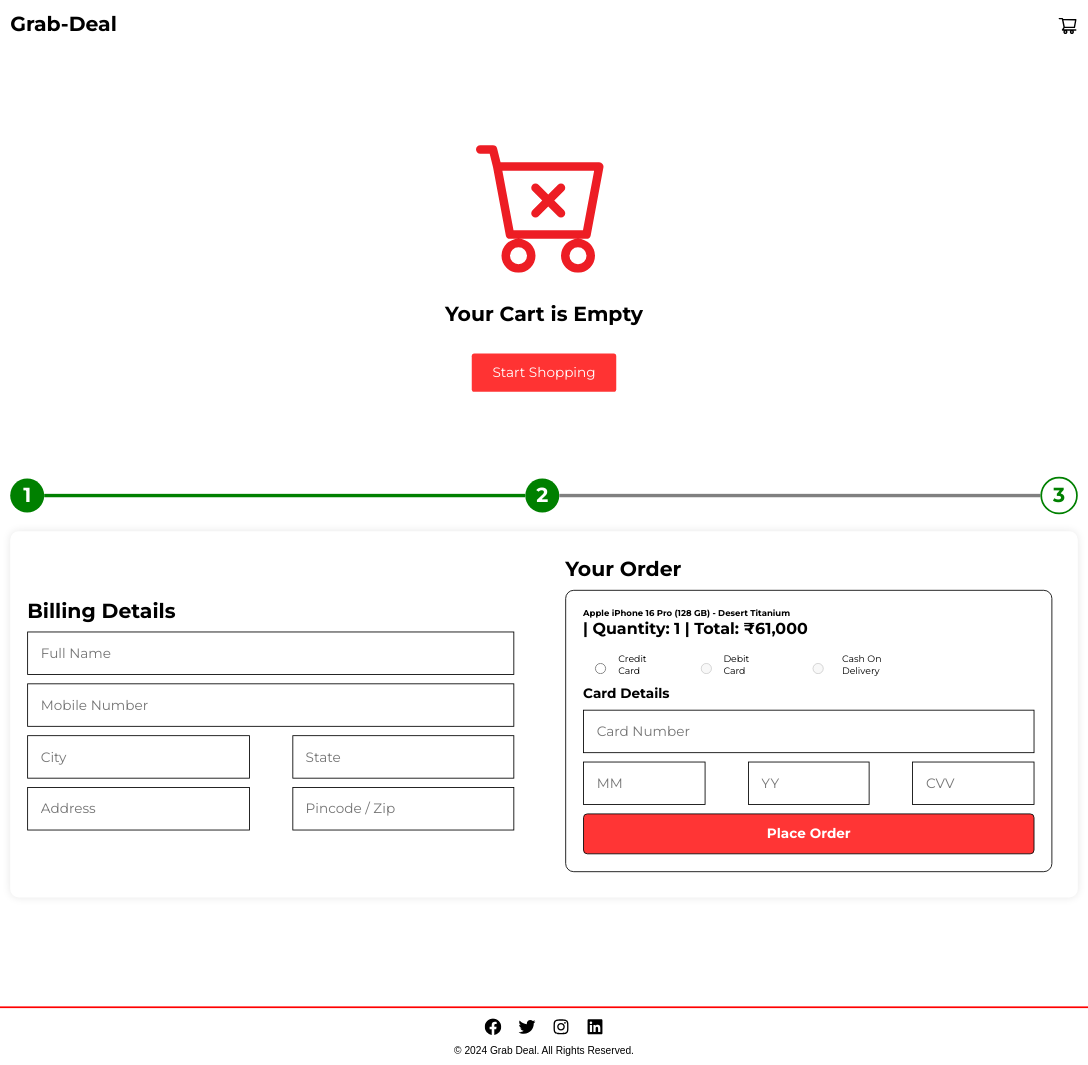
Repository: hlwsatyam/Iphone16Pro
Page: /cart
These files come from the project's save history. The page is drawn as it stood at one moment and after the next save; the edit follows.
The browser window is 1280 px wide. The pictures show the whole page, at 85% of full size.
The project was rebuilt for these pictures with package versions that can differ from the ones it lists, and the page was loaded fresh each time. Also part of the build but not shown: src/components/filters/FilterBarOptions.js, src/components/filters/FilterBar.js, src/hooks/useActive.js, src/components/product/ProductCard.js, src/components/common/SectionsHead.js, src/components/common/Services.js, src/pages/AllProducts.js, src/components/common/QuantityBox.js and 15 more.

Above is the page before, as saved 2024-09-28 16:20:55.

### public/index.html
<!DOCTYPE html>
<html lang="en">

<head>
  <meta charset="utf-8" />
  <link rel="icon" href="https://www.reliancedigital.in/medias/Apple-iPhone16ProMax-494423059-i-1-1200Wx1200H-300Wx300H?context=bWFzdGVyfGltYWdlc3wyOTM2MXxpbWFnZS9qcGVnfGltYWdlcy9oM2EvaGEzLzEwMTk1OTA4OTg0ODYyLmpwZ3w2MjMyOGJjMTFhMDRjZjFiNWRkOGU4NjNjZWJiMDUwNWNkNmE0YzdhMjE3MjVjNDRjNWFlMjA0ZDU2MDFjODhk" />
  <meta name="viewport" content="width=device-width, initial-scale=1" />
  <meta name="theme-color" content="#000000" />
  <meta name="description" content="Web site created using create-react-app" />
  <link rel="apple-touch-icon" href="%PUBLIC_URL%/logo192.png" />
  <!--
      manifest.json provides metadata used when your web app is installed on a
      user's mobile device or desktop. See https://developers.google.com/web/fundamentals/web-app-manifest/
    -->
  <link rel="manifest" href="%PUBLIC_URL%/manifest.json" />
  <!--
      Notice the use of %PUBLIC_URL% in the tags above.
      It will be replaced with the URL of the `public` folder during the build.
      Only files inside the `public` folder can be referenced from the HTML.

      Unlike "/favicon.ico" or "favicon.ico", "%PUBLIC_URL%/favicon.ico" will
      work correctly both with client-side routing and a non-root public URL.
      Learn how to configure a non-root public URL by running `npm run build`.
    -->

  <link rel="preconnect" href="https://fonts.googleapis.com" />
  <link rel="preconnect" href="https://fonts.gstatic.com" crossorigin />
  <link href="https://fonts.googleapis.com/css2?family=Montserrat:wght@400;500;600;700&display=swap" rel="stylesheet" />

  <title>Best Discount On I Phone 16 Pro </title>
</head>

<body>
  <noscript>You need to enable JavaScript to run this app.</noscript>
  <div id="root"></div>
  <!--
      This HTML file is a template.
      If you open it directly in the browser, you will see an empty page.

      You can add webfonts, meta tags, or analytics to this file.
      The build step will place the bundled scripts into the <body> tag.

      To begin the development, run `npm start` or `yarn start`.
      To create a production bundle, use `npm run build` or `yarn build`.
    -->
</body>

</html>

### src/styles/style.scss
// Base
@import "./partials/base/variables";
@import "./partials/base/mixins";
@import "./partials/base/reset";
@import "./partials/base/common";


// Components
@import "./partials/components/preloader";
@import "./partials/components/header";
@import "./partials/components/footer";
@import "./partials/components/backtop";
@import "./partials/components/form";
@import "./partials/components/searchbar";
@import "./partials/components/filterbar";
@import "./partials/components/quantity_box";
@import "./partials/components/empty_view";


// Pages
@import "./partials/pages/hero";
@import "./partials/pages/featured";
@import "./partials/pages/products";
@import "./partials/pages/product_details";
@import "./partials/pages/product_summary";
@import "./partials/pages/cart";
@import "./partials/pages/related";
@import "./partials/pages/services";
@import "./partials/pages/error_page";



.testimonial-section {
    background: linear-gradient(135deg, #f06, #f93);
    padding: 50px 0;
    display: flex;
    justify-content: center;
  }

### src/styles/partials/base/_mixins.scss
@mixin dimension($width: auto, $height: auto) {
    width: $width;
    height: $height;
}

@mixin centered {
    display: grid;
    place-items: center;
}

@mixin mx-auto {
    margin-left: auto;
    margin-right: auto;
}

@mixin margin-x($marginLeft, $marginRight) {
    margin-left: $marginLeft;
    margin-right: $marginRight;
}

@mixin margin-y($marginTop, $marginBottom) {
    margin-top: $marginTop;
    margin-bottom: $marginBottom;
}

@mixin padding-x($paddingLeft, $paddingRight) {
    padding-left: $paddingLeft;
    padding-right: $paddingRight;
}

@mixin padding-y($paddingTop, $paddingBottom) {
    padding-top: $paddingTop;
    padding-bottom: $paddingBottom;
}

@mixin img-fit {
    @include dimension(100%, 100%);
    object-fit: cover;
}

@mixin bg-cover {
    background-size: cover;
    background-position: center;
    background-repeat: no-repeat;
}

@mixin pseudo($content: "", $top: 0, $left: 0, $width: auto, $height: auto) {
    content: $content;
    position: absolute;
    top: $top;
    left: $left;
    @include dimension($width, $height);
    pointer-events: none;
}

@mixin bordered($borderWidth, $borderColor) {
    border: $borderWidth solid $borderColor;
}

@mixin flexbox($justifyContent: flex-start, $alignItems: flex-start) {
    display: flex;
    justify-content: $justifyContent;
    align-items: $alignItems;
}

@mixin grid-cols($colsCount, $colsWidth, $gap) {
    grid-template-columns: repeat($colsCount, $colsWidth);
    gap: $gap;
}

@mixin transition($prop: all, $duration, $timingFn: ease) {
    transition: $prop $duration $timingFn;
}

@mixin toggleVisibility($visibility, $opacity) {
    visibility: $visibility;
    opacity: $opacity;
}


// mixin for media-queries

@mixin devices($breakpoint) {

    @if $breakpoint==xl {
        @media (max-width: 1399.98px) {
            @content;
        }
    }

    @else if $breakpoint==lg {
        @media (max-width: 1023.98px) {
            @content;
        }
    }

    @else if $breakpoint==md {
        @media (max-width: 767.98px) {
            @content;
        }
    }

    @else if $breakpoint==sm {
        @media (max-width: 639.98px) {
            @content;
        }
    }

    @else if $breakpoint==xs {
        @media (max-width: 479.98px) {
            @content;
        }
    }
}

### src/styles/partials/components/_preloader.scss
#preloader {
    width: 100%;
    min-height: 100vh;
    background-color: var(--bg-color);
    position: fixed;
    top: 0;
    left: 0;
    z-index: 9999;
    @include centered;
}

.loader {
    @include dimension(12.5rem, 12.5rem);
    border-radius: 50%;
    box-shadow: 1px 8px 8px var(--main-color);
    animation: spin 1.4s linear infinite;
}

@keyframes spin {
    0% {
        transform: rotate(0deg);
    }

    100% {
        transform: rotate(360deg);
    }
}

.loader_text {
    position: absolute;
    top: 50%;
    left: 50%;
    transform: translate(-50%, -50%);
    animation: text 1s linear infinite alternate;
}

@keyframes text {
    0% {
        opacity: 0.4;
    }

    100% {
        opacity: 1;
    }
}

### src/styles/partials/components/_header.scss
#header {
    position: fixed;
    top: 0;
    left: 0;
    z-index: 99;
    width: 100%;
    @include padding-y(0.8rem, 0.8rem);
    @include transition(background-color, 0.2s, linear);

    &.sticky {
        background-color: white;
    }
}

.navbar {
    @include flexbox(space-between, center);
}

.nav_logo {
    @include devices(xs) {
        font-size: 1.2rem;
    }
}

.nav_actions {
    @include flexbox($alignItems: center);
    gap: 3rem;
    font-size: 1.5rem;

    @include devices(xs) {
        gap: 2.5rem;
        font-size: 1.2rem;
    }
}

.search_action,
.cart_action,
.user_action {
    position: relative;
}

.search_action,
.cart_action {
    &:hover .tooltip {
        @include toggleVisibility(visible, 1);
    }
}

.search_action,
.user_action {
    span {
        cursor: pointer;
    }
}

.cart_action {

    .badge {
        @include centered;
        @include dimension(20px, 20px);
        position: absolute;
        top: 0;
        right: -20px;
        background-color: var(--main-color-2);
        border-radius: 50%;
    }
}

.user_action {

    .dropdown_menu {
        position: absolute;
        top: 50px;
        right: 0;
        width: 17.5rem;
        background-color: var(--bg-color-2);
        padding: 1.4rem;
        font-size: 0.9rem;
        border-radius: 3px;
        @include bordered(1px, var(--text-muted));
        @include toggleVisibility(hidden, 0);
        @include transition(all, 0.2s, ease-in-out);

        h4 {
            font-weight: 600;
            letter-spacing: 0.5px;

            a {
                color: var(--main-color);
                opacity: 0.95;

                &:hover {
                    opacity: 1;
                }
            }
        }

        p {
            font-size: 0.8rem;
            margin-top: 0.5rem;
        }

        button {
            margin-top: 1rem;
            padding: 0.8rem 1rem;
            @include bordered(1px, var(--text-muted));
            @include transition(all, 0.3s, ease);

            &:hover {
                color: #eee;
                border-color: #eee;
            }
        }

        li {
            &:not(:last-child) {
                margin-bottom: 0.5rem;
            }

            a:hover {
                color: #eee;
            }
        }
    }

    &:hover .dropdown_menu {
        @include toggleVisibility(visible, 1);
    }
}

### src/styles/partials/components/_footer.scss
#footer {
    background-color: var(--black-color);
    @include padding-y(3rem, 2rem);

    .separator {
        @include margin-y(2.5rem, 2rem);
        opacity: 0.7;
    }
}

.footer_wrapper {
    grid-template-columns: 1.4fr repeat(3, 1fr);
    justify-items: center;
    gap: 2rem;

    @include devices(md) {
        grid-template-columns: 1.4fr 1fr;
        justify-items: unset;
        gap: 4rem;
    }

    @include devices(xs) {
        grid-template-columns: 1fr;
        gap: 3rem;
    }
}

.foot_subs {
    p {
        @include margin-y(1rem, 1rem);
        font-size: 0.875rem;
        opacity: 0.9;
    }

    .btn {
        margin-top: 1rem;
    }
}

.foot_menu {
    ul {
        margin-top: 1.8rem;
        display: grid;
        gap: 1rem;

        a {
            font-size: 0.9rem;
            opacity: 0.8;

            &:hover {
                opacity: 1;
            }
        }
    }
}

.sub_footer_wrapper {
    @include flexbox(space-between, center);

    @include devices(md) {
        @include flexbox();
        flex-direction: column-reverse;
        gap: 2rem;
    }
}

.foot_copyright {
    font-size: 0.95rem;

    a {
        color: #eee;
        opacity: 0.8;

        &:hover {
            opacity: 1;
        }
    }
}

.foot_social {
    @include flexbox();
    gap: 2rem;
    font-size: 1.2rem;
    margin-right: 4rem;
}

### src/styles/partials/components/_searchbar.scss
#searchbar {
    display: grid;
    grid-template-columns: 0.5fr;
    justify-content: center;
    align-items: start;

    @include devices(lg) {
        grid-template-columns: 0.8fr;
    }

    @include devices(sm) {
        grid-template-columns: 1fr;
    }
}

.searchbar_content {
    margin: 3rem 1rem;
}

.search_box {
    display: flex;
    gap: 0.4rem;

    .input_field {
        background-color: var(--bg-color);
    }

    .btn {
        font-size: 1.5rem;

        &[disabled] {
            pointer-events: none;
            opacity: 0.7;
        }
    }
}

.search_results {
    background-color: var(--bg-color);
    display: grid;
    justify-items: flex-start;
    gap: 1rem;
    margin-top: 1rem;
    max-height: 300px;
    overflow-y: auto;
    padding: 1rem;
    border: 1px solid var(--text-muted);
    scrollbar-width: none;

    a {
        cursor: pointer;
        @include transition(color, 0.3s);

        &:hover {
            color: var(--main-color-2);
        }
    }

    &::-webkit-scrollbar {
        display: none;
    }
}

### src/styles/partials/components/_quantity_box.scss
.quantity_box {
    display: inline-flex;
    align-items: center;
    @include bordered(1px, #444);
    border-radius: 3px;
    user-select: none;
    overflow: hidden;

    button {
        @include dimension(3.125rem, 2.25rem);
        background-color: red;
        @include transition(color, 0.2s);

        &:hover {
            color: #eee;
        }

        &[disabled] {
            cursor: not-allowed;
            color: var(--text-muted);
        }
    }
}

.quantity_count {
    @include dimension(3.75rem, 2.25rem);
    color: red;
    font-size: 1.4rem;
    line-height: 2.25rem;
    font-weight: bold;
    text-align: center;
}

### src/styles/partials/pages/_hero.scss
#hero {
    min-height: 100vh;
    @include centered;

    .swiper {
        @include dimension(100%, 100%);
        @include padding-x(0.75rem, 0.75rem);
        @include padding-y(5rem, 5rem);
    }

    .swiper-pagination {
        bottom: 30px;
    }
}

.hero_wrapper {
    position: relative;
    @include grid-cols(2, 0.4fr, 2rem);
    place-content: center;
    place-items: center;

    &::before {
        @include pseudo($top: 10%);
        font-size: 15rem;
        font-weight: 700;
        opacity: 0.05;

        @include devices(xl) {
            font-size: 12rem;
        }

        @include devices(sm) {
            font-size: 8rem;
        }
    }

    &.hero_slide-0::before {
        content: "Over Ear";
    }

    &.hero_slide-1::before {
        content: "In Ear";
    }

    &.hero_slide-2::before {
        content: "Over Ear";
    }

    @include devices(lg) {
        grid-template-columns: 0.7fr;
        gap: 4rem;
    }

    @include devices(sm) {
        grid-template-columns: 0.9fr;
        gap: 2rem;
    }
}

.hero_item_txt,
.hero_item_img {
    position: relative;
}

.hero_item_txt {
    text-shadow: var(--text-shadow);

    h1 {
        font-size: 3rem;
        text-transform: capitalize;
        word-spacing: 3px;
        @include margin-y(0.8rem, 1rem);

        @include devices(xl) {
            font-size: 2.4rem;
        }

        @include devices(sm) {
            font-size: 1.8rem;
        }

        @include devices(xs) {
            font-size: 1.5rem;
        }
    }

    h3 {
        font-size: 1.3rem;
        font-weight: 600;

        @include devices(sm) {
            font-size: 1rem;
        }
    }

    .hero_price {
        @include margin-y(2rem, 3rem);

        @include devices(sm) {
            @include margin-y(1.5rem, 2rem);
        }
    }

}

.hero_item_img {
    overflow: hidden;

    img {
        @include img-fit;
    }

    @include devices(lg) {
        grid-row: 1;
    }

    @include devices(sm) {
        max-width: 18rem;
        width: 75%;
    }
}

### src/styles/partials/pages/_products.scss
.products_wrapper {
    @include grid-cols(4, 1fr, 0.7rem);

    @include devices(lg) {
        @include grid-cols(3, 1fr, 0.7rem);
    }

    @include devices(md) {
        @include grid-cols(2, 1fr, 0.6rem);
    }

    @include devices(xs) {
        grid-template-columns: 1fr;
    }
}

.products_filter_tabs {
    @include margin-y(3rem, 5rem);
}

.products_card {
    @include bordered(1px, rgba($color: #ffffff, $alpha: 0.4));
    border-radius: 3px;
    box-shadow: 0px 5px 10px rgba($color: #000000, $alpha: 0.5);
    overflow: hidden;

    &.browse_card {
        @include centered;
        @include padding-y(5rem, 5rem);
        font-size: 1.5rem;

        a {
            @include transition(color, 0.3s);

            &:hover {
                color: #eee;
            }
        }
    }
}

.products_img {
    background: var(--bg-color-2);
    text-align: center;
    padding: 1rem;
    overflow: hidden;

    img {
        width: 70%;
        @include transition(transform, 0.25s, ease);

        &:hover {
            transform: scale(1.05);
        }
    }
}

.products_details {
    padding: 1rem;
}

.products_title {
    @include margin-y(0.8rem, 0.4rem);
}

.products_info {
    opacity: 0.8;
    font-weight: 500;
}

.products_btn {
    width: 100%;
    margin-top: 1.2rem;

    &.active {
        background-color: green;
    }

    &[disabled] {
        cursor: not-allowed;
    }
}


/*------ All-Products Page ------*/
#all_products {
    padding-top: 8rem;
    display: grid;
    grid-template-columns: 240px 1fr;

    @include devices(lg) {
        grid-template-columns: 1fr;
    }

    .products_wrapper {
        @include devices(xl) {
            @include grid-cols(3, 1fr, 0.7rem);
        }

        @include devices(md) {
            @include grid-cols(2, 1fr, 0.6rem);
        }

        @include devices(xs) {
            grid-template-columns: 1fr;
        }
    }
}

### src/styles/partials/pages/_product_summary.scss
.prod_summary_details {
    margin-top: 4rem;

    ul {
        display: grid;
        gap: 2rem;
    }
}

.prod_specs {

    ul {
        grid-template-columns: 0.4fr;

        li {
            @include flexbox(space-between, center);

            span {
                &:last-child {
                    font-weight: 600;
                }
            }
        }

        @include devices(lg) {
            grid-template-columns: 1fr;
        }
    }
}

.prod_overview {

    h3 {
        font-weight: 600;
        word-spacing: 0.6px;
        line-height: 1.5;

        span {
            color: var(--main-color-2);
        }
    }

    ul {
        gap: 1.2rem;
        list-style-type: disc;
        margin-left: 1rem;
        @include margin-y(2rem, 2rem);
    }

    p {
        line-height: 2;
    }
}

.prod_reviews {

    ul {
        gap: 3rem;
    }

    .user_info {
        display: flex;
        align-items: center;
        gap: 1rem;

        img {
            @include dimension(50px, 50px);
            border-radius: 50%;
        }

        .user_ratings {
            display: flex;
            align-items: center;
            gap: 0.5rem;
            margin-top: 0.5rem;

            .date {
                color: var(--text-muted);
                font-size: 0.95rem;
            }
        }
    }

    .user_review {
        margin-top: 1rem;
    }
}

### src/components/Extra/Checkout.jsx
import React from "react";
import TopLine from "./checkOutComp/TopLine";
import LargeArea from "./checkOutComp/LargeArea";

function Checkout() {
  return (
    <div className="container" >
      <TopLine />
      <LargeArea />
    </div>
  );
}

export default Checkout;

### src/components/Extra/checkOutComp/TopLine.jsx
import React from "react";

function TopLine() {
  const styles = {
    container: {
      display: "flex",
      marginTop: "100px",
      justifyContent: "space-between",
      alignItems: "center",
    },
    span: {
      width: "20px",
      height: "20px",
      backgroundColor: "gray",
      backgroundColor: "green",
      color: "white",
      borderRadius: "50%",
      display: "flex",
      fontSize: "24px",
      fontWeight: 700,
      padding: "20px", // Adjust padding to balance size
      justifyContent: "center",
      alignItems: "center",
    },
    span3: {
      width: "20px",
      height: "20px",

      backgroundColor: "white",
      color: "green",
      border: "2px solid green",
      borderRadius: "50%",
      display: "flex",
      fontSize: "24px",
      fontWeight: 700,
      padding: "20px", // Adjust padding to balance size
      justifyContent: "center",
      alignItems: "center",
    },

    line: {
      width: "100%",
      height: "4px",
      backgroundColor: "green",
    },
    line2: {
      width: "100%",
      height: "4px",
      backgroundColor: "gray",
    },

  };

  return (
    <div style={styles.container}>
      <span style={styles.span}>1</span>
      <div style={styles.line}></div> {/* Central line between spans */}
      <span style={styles.span}>2</span>
      <div style={{...styles.line, ...styles.line2}}></div>{" "}
      {/* Central line between spans */}
      <span style={{...styles.span,...styles.span3}}>3</span>
    </div>
  );
}

export default TopLine;

### src/components/Extra/LargeArea.css
.largeArea {
  display: flex;
  justify-content: space-between;
  align-items: center;
  gap: 50px;
  flex-wrap: wrap;
  margin-top: 20px;
  border-radius: 10px;
  box-shadow: 0px 0px 10px rgba(0, 0, 0, 0.1);
  padding: 20px;

  input {
    width: 100%;
    padding: 15px 15px;
    border: 1px solid black;
    margin-top: 10px;
  }
}

.left-area {
  flex: 1;
}
.right-area {
  flex: 1;

  padding: 10px;

  button {
    width: 100%;
    padding: 15px 15px;
    border: 1px solid black;
    margin-top: 10px;
    background-color: #ff3535;
    color: white;
    border-radius: 5px;
    cursor: pointer;
    font-weight: bold;
    font-size: 16px;
    transition: all 0.3s ease-in-out;
    &:hover {
      background-color: #ff3535;
      color: white;
      border: 1px solid white;
    }
  }
}

.error-message {
  color: red;
  margin-top: 10px;
}

.card-selection {
  display: flex;

  align-items: center;
  gap: 50px;
  margin-bottom: 10px;
  p {
    display: flex;
    justify-content: space-between;
    align-items: center;
    font-size: 11px;
  }
}

.t1 {
  margin-top: 10px;
  font-weight: 700;
}

.expiry-date {
  display: flex;
  justify-content: space-between;
  align-items: center;
  gap: 50px;
  input {
    width: 50%;
  }
}

.city-state {
  display: flex;
  justify-content: space-between;
  align-items: center;
  gap: 50px;

  input {
    input {
      width: 40%;
    }
  }
}

.right-container {
  margin-top: 10px;
  border: 1px solid black;
  padding: 20px;
  border-radius: 10px;

  .qunt {
    margin-bottom: 17px;

  }
  .qunt2 {
    font-size: 10px;
  }
}

Loaded but not shown: src/App.js (common file); src/reportWebVitals.js (common file); src/styles/partials/base/_variables.scss (common file); src/styles/partials/base/_reset.scss (common file); src/styles/partials/components/_backtop.scss (common file); src/styles/partials/components/_empty_view.scss (common file); src/styles/partials/pages/_featured.scss (common file); src/styles/partials/pages/_related.scss (common file); src/styles/partials/pages/_services.scss (common file); src/styles/partials/pages/_error_page.scss (common file); src/data/headerData.js (common file); src/hooks/useScrollRestore.js (common file); src/hooks/useOutsideClose.js (common file); src/hooks/useScrollDisable.js (common file); src/components/common/EmptyView.js (common file); src/data/productsData.js (165 lines, source omitted); src/components/form/AccountForm.js (145 lines, source omitted); src/components/common/Footer.js (162 lines, source omitted); src/contexts/filters/filtersContext.js (199 lines, source omitted); src/pages/Cart.js (105 lines, source omitted); src/components/common/Header.js (104 lines, source omitted); src/components/common/SearchBar.js (87 lines, source omitted); src/contexts/filters/filtersReducer.js (108 lines, source omitted); src/data/servicesData.js (90 lines, source omitted); src/contexts/cart/cartReducer.js (72 lines, source omitted); src/contexts/common/commonContext.js (67 lines, source omitted); src/contexts/cart/cartContext.js (64 lines, source omitted); src/routes/RouterRoutes.js (31 lines, source omitted); src/hooks/useForm.js (34 lines, source omitted); src/components/common/BackTop.js (41 lines, source omitted); src/data/filterBarData.js (63 lines, source omitted); src/contexts/common/commonReducer.js (37 lines, source omitted); src/index.js (22 lines, source omitted); src/helpers/utils.js (26 lines, source omitted); src/hooks/useDocTitle.js (15 lines, source omitted); src/components/Extra/checkOutComp/LargeArea.jsx (275 lines, source omitted); src/styles/partials/base/_common.scss (197 lines, source omitted); src/styles/partials/components/_filterbar.scss (169 lines, source omitted); src/styles/partials/components/_form.scss (130 lines, source omitted); src/styles/partials/pages/_product_details.scss (154 lines, source omitted); src/styles/partials/pages/_cart.scss (146 lines, source omitted)

After the next save:
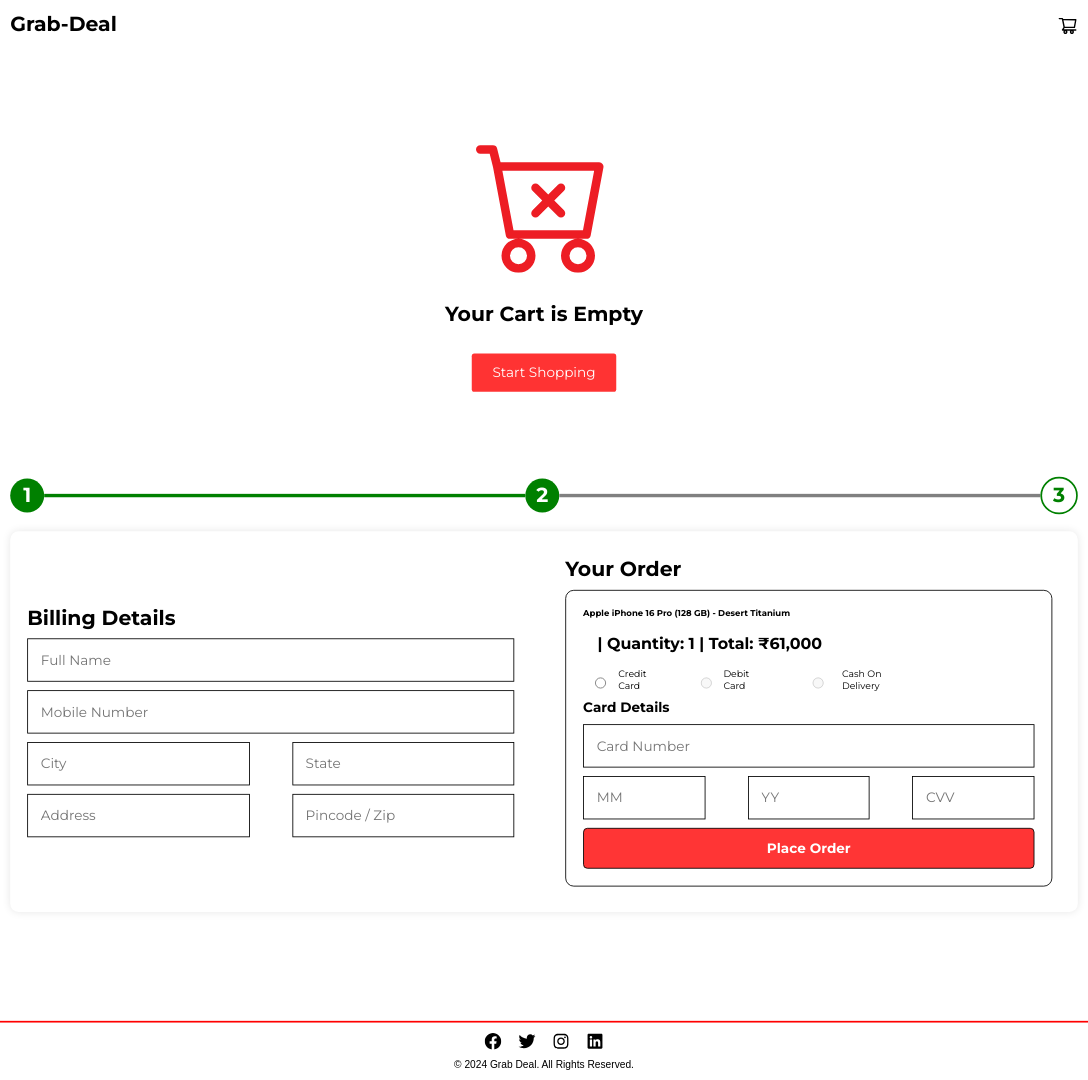
Saved 4 s later.
--- a/src/components/Extra/LargeArea.css
+++ b/src/components/Extra/LargeArea.css
@@ -99,7 +99,7 @@
   border-radius: 10px;
 
   .qunt {
-    margin-bottom: 17px;
+    margin: 17px;
 
   }
   .qunt2 {
